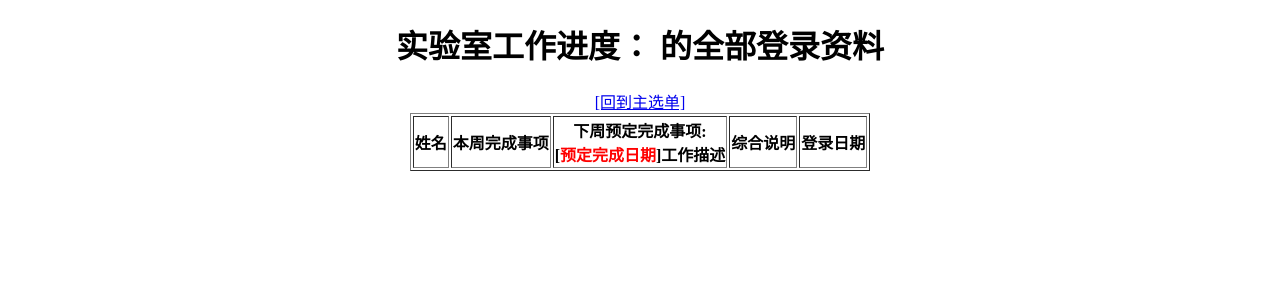
Repository: Cucujn/TRY
Page: http://localhost/MIR/listEachPeople.jsp
An editor plug-in stored every save of this project. The page is shown before and after the next save, followed by the edit.
The browser window is 1280 px wide. The pictures show the whole page.
The page is served by Tomcat 9. Other server files are loaded and not shown.

Above is the page before, as saved 2017-12-04 12:43:41.

### MIR/WebContent/listEachPeople.jsp
<%@ page language="java" contentType="text/html; charset=UTF-8"
    pageEncoding="UTF-8"%>
<!DOCTYPE html PUBLIC "-//W3C//DTD HTML 4.01 Transitional//EN" "http://www.w3.org/TR/html4/loose.dtd">
<html>
<head>
<meta http-equiv="Content-Type" content="text/html; charset=UTF-8">
<title>Insert title here</title>
</head>
<body>
<center><h1>实验室工作进度：   的全部登录资料</h1></center>
<center><a href="http://localhost:8080/MIR/default.jsp">[回到主选单]</a></center>
<table border="1" align="center">
<tr>
<th>姓名</th>
<th>本周完成事项</th>
<th>下周预定完成事项:<br>[<font color="red">预定完成日期</font>]工作描述</th>
<th>综合说明</th>
<th>登录日期</th>
</table>
</body>
</html>

After the next save:
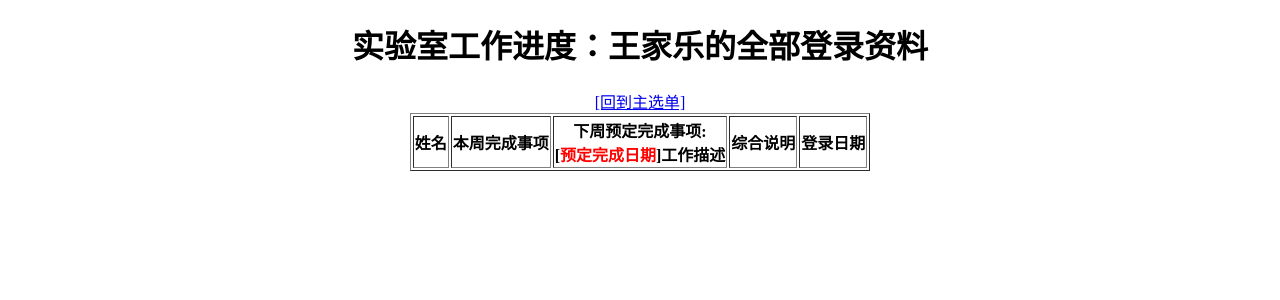
Saved 56 s later.
--- a/MIR/WebContent/listEachPeople.jsp
+++ b/MIR/WebContent/listEachPeople.jsp
@@ -7,7 +7,7 @@
 <title>Insert title here</title>
 </head>
 <body>
-<center><h1>实验室工作进度：   的全部登录资料</h1></center>
+<center><h1>实验室工作进度：王家乐的全部登录资料</h1></center>
 <center><a href="http://localhost:8080/MIR/default.jsp">[回到主选单]</a></center>
 <table border="1" align="center">
 <tr>
